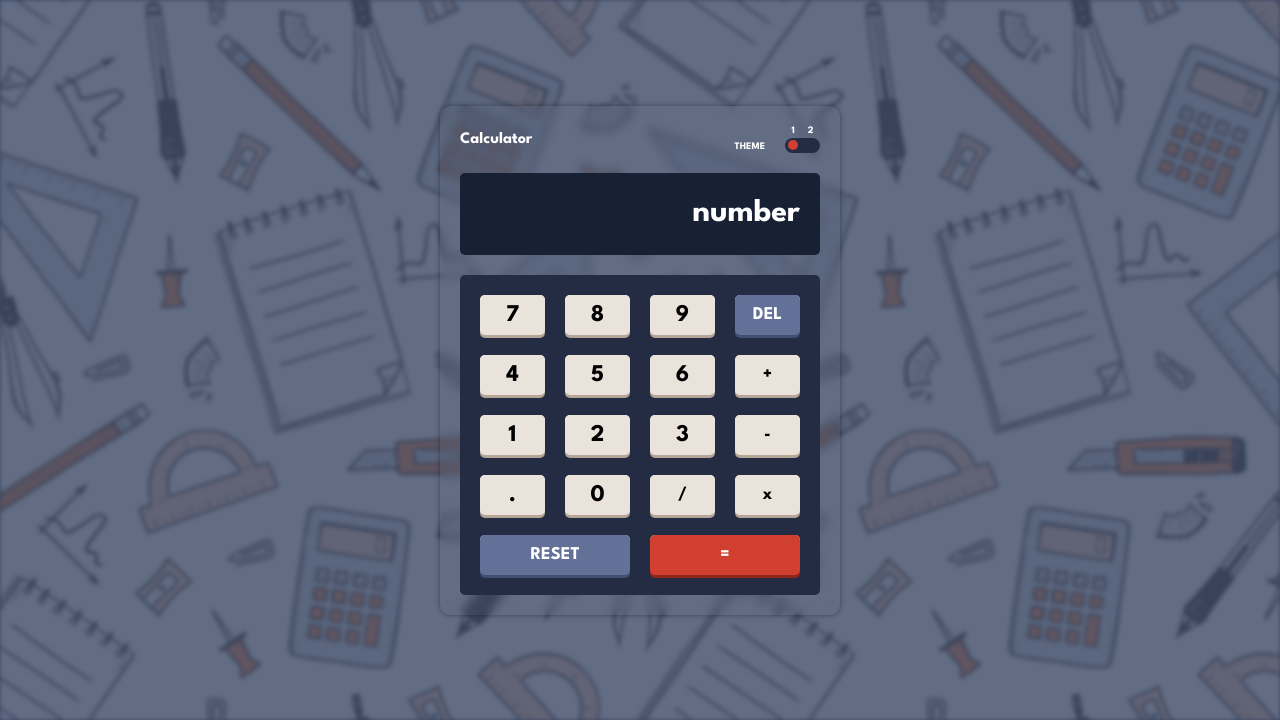
Repository: Ebtehal18/calculator
Page: index.html
An editor plug-in stored every save of this project. The page is shown before and after the next save, followed by the edit.
The browser window is 1280 px wide. The pictures show the whole page.
After loading, the first visible `button.calc__key` was clicked once.

Above is the page before, as saved 2024-02-05 17:42:36.

### index.html
<!DOCTYPE html>
<html lang="en">
  <head>
    <meta charset="UTF-8" />
    <meta
      name="viewport"
      content="width=device-width, user-scalable=no, initial-scale=1.0, maximum-scale=1.0, minimum-scale=1.0"
    />
    <meta http-equiv="X-UA-Compatible" content="ie=edge" />
    <link rel="preconnect" href="https://fonts.googleapis.com" />
    <link rel="preconnect" href="https://fonts.gstatic.com" crossorigin />
    <link
      href="https://fonts.googleapis.com/css2?family=League+Spartan:wght@700&display=swap"
      rel="stylesheet"
    />
    <link rel="stylesheet" href="style.css" type="text/css" />
    <title>Calculator</title>
  </head>
  <body>
    <div class="container">
      <div class="calc">
        <div class="calc__header">
          <span>Calculator</span>
          <div class="themes">
            <div class="themes__label">
              <span>THEME</span>
            </div>
            <div class="themes__toggleContent">
              <div class="themes__numbers">
                <span class="themes__number">1</span>
                <span class="themes__number">2</span>
              </div>
              <span class="themes__toggle" role="button" tabindex="0"></span>
            </div>
          </div>
        </div>

        <div class="calc__result">0</div>

        <div class="calc__numsContent">
          <button class="calc__key" data-type="number" data-value="7">
            <span>7</span>
          </button>
          <button class="calc__key" data-type="number" data-value="8">
            <span>8</span>
          </button>
          <button class="calc__key" data-type="number" data-value="9">
            <span>9</span>
          </button>
          <button
            class="calc__key"
            data-type="operation"
            data-value="Backspace"
          >
            <span>DEL</span>
          </button>
          <button class="calc__key" data-type="number" data-value="4">
            <span>4</span>
          </button>
          <button class="calc__key" data-type="number" data-value="5">
            <span>5</span>
          </button>
          <button class="calc__key" data-type="number" data-value="6">
            <span>6</span>
          </button>
          <button class="calc__key" data-type="operation" data-value="+">
            <span>+</span>
          </button>
          <button class="calc__key" data-type="number" data-value="1">
            <span>1</span>
          </button>
          <button class="calc__key" data-type="number" data-value="2">
            <span>2</span>
          </button>
          <button class="calc__key" data-type="number" data-value="3">
            <span>3</span>
          </button>
          <button class="calc__key" data-type="operation" data-value="-">
            <span>-</span>
          </button>
          <button class="calc__key" data-type="number" data-value=".">
            <span>.</span>
          </button>
          <button class="calc__key" data-type="number" data-value="0">
            <span>0</span>
          </button>
          <button class="calc__key" data-type="operation" data-value="/">
            <span>/</span>
          </button>
          <button class="calc__key" data-type="operation" data-value="*">
            <span>x</span>
          </button>
          <button
            class="calc__key calc__key--wide"
            data-type="operation"
            data-value="c"
          >
            <span>RESET</span>
          </button>
          <button
            class="calc__key calc__key--wide"
            data-type="operation"
            data-value="Enter"
          >
            <span>=</span>
          </button>
        </div>
      </div>
    </div>

    <script src="script.js"></script>
  </body>
</html>

### style.css
:root {
  --color-main-background: #3a4764;
  --color-keypad-background: #232c43;
  --color-screen-background: #182034;
  --color-key-blue-background: #637097;
  --color-key-blue-shadow: #404e72;
  --color-key-blue-hover: #a2b3e1;
  --color-key-red-background: #d03f2f;
  --color-key-red-shadow: #93261a;
  --color-key-red-hover: #f86c5c;
  --color-key-gray-background: #eae3dc;
  --color-key-gray-shadow: hsl(28, 16%, 65%);
  --color-dark-blue-text: #444b5a;
  --color-white-text: #ffffff;
  --border-radius: 10px;
  --timing-animation: .3s;
}

* {
  box-sizing: border-box;
  margin: 0;
}

html {
  font-size: 62.5%;
}

.container {
  font-size: 1.6rem;
  font-family: "League Spartan", sans-serif;
  display: flex;
  min-height: 100vh;
  align-items: center;
  justify-content: center;
  background: var(--color-main-background);
  color: var(--color-white-text);
  transition: background-color var(--timing-animation);
}
.container:before {
  content: "";
  position: absolute;
  width: 100%;
  height: 100%;
  z-index: 0;
  opacity: 0.2;
  background: url("./pattern.jpeg");
  background-size: contain;
  filter: blur(2px);
}
.container:has(.themes__toggle--isActive) {
  --color-main-background: #e6e6e6;
  --color-keypad-background: #d1cccc;
  --color-screen-background: #ededed;
  --color-key-blue-background: #377f86;
  --color-key-blue-shadow: #1b5f65;
  --color-key-blue-hover: #62b5bc;
  --color-key-red-background: #ca5502;
  --color-key-red-shadow: #893901;
  --color-key-red-hover: #ff8a38;
  --color-key-gray-background: #e5e4e1;
  --color-key-gray-shadow: #b4a597;
  --color-dark-blue-text: #35352c;
  --color-white-text: #ffffff;
  --color-top-section-text: var(--color-dark-blue-text);
}

.calc {
  width: 100%;
  max-width: 40rem;
  margin: 0 1rem;
  padding: 2rem;
  border-radius: var(--border-radius);
  z-index: 1;
  box-shadow: 0 0 0.5rem rgba(0, 0, 0, 0.4);
  backdrop-filter: blur(5px);
}
.calc__header {
  display: flex;
  justify-content: space-between;
  align-items: center;
  color: var(--color-top-section-text);
}
.calc__result {
  margin: 2rem 0;
  padding: 2.5rem 2rem;
  font-size: 3.2rem;
  text-align: right;
  line-height: 1;
  border-radius: calc(var(--border-radius) / 2);
  background-color: var(--color-screen-background);
  color: var(--color-top-section-text);
  transition: background-color var(--timing-animation);
}
.calc__numsContent {
  display: grid;
  grid-template-columns: repeat(4, 1fr);
  padding: 2rem;
  gap: 2rem;
  background-color: var(--color-keypad-background);
  font-size: 1.8rem;
  color: var(--color-dark-blue-text);
  border-radius: calc(var(--border-radius) / 2);
  transition: background-color var(--timing-animation);
}
.calc__key {
  position: relative;
  flex-basis: 25%;
  border-radius: calc(var(--border-radius) / 2);
  display: flex;
  align-items: center;
  justify-content: center;
  height: 4rem;
  isolation: isolate;
  border: none;
  font-family: inherit;
  font-size: inherit;
}
.calc__key:hover:after, .calc__key.hover:after {
  background-color: var(--color-white-text);
}
.calc__key:active {
  transform: scale(0.95);
}
.calc__key:active:before {
  bottom: -0.2rem;
}
.calc__key span {
  z-index: 1;
  user-select: none;
}
.calc__key:before {
  content: "";
  position: absolute;
  height: 100%;
  width: 100%;
  bottom: -0.3rem;
  border-radius: calc(var(--border-radius) / 2);
  background-color: var(--color-key-gray-shadow);
}
.calc__key:after {
  content: "";
  position: absolute;
  height: 100%;
  width: 100%;
  border-radius: calc(var(--border-radius) / 2);
  background-color: var(--color-key-gray-background);
  transition: all 0.3s;
}
.calc__key--wide {
  grid-column: span 2;
}
.calc [data-type=number] {
  font-size: 2.4rem;
}
.calc [data-value=Backspace]:hover:after, .calc [data-value=Backspace].hover:after, .calc [data-value=c]:hover:after, .calc [data-value=c].hover:after {
  background-color: var(--color-key-blue-hover);
}
.calc [data-value=Backspace]:after, .calc [data-value=c]:after {
  background-color: var(--color-key-blue-background);
}
.calc [data-value=Backspace]:before, .calc [data-value=c]:before {
  background-color: var(--color-key-blue-shadow);
}
.calc [data-value=Backspace] span, .calc [data-value=c] span {
  color: var(--color-white-text);
}
.calc [data-value=Enter]:hover:after, .calc [data-value=Enter].hover:after {
  background-color: var(--color-key-red-hover);
}
.calc [data-value=Enter]:after {
  background-color: var(--color-key-red-background);
}
.calc [data-value=Enter]:before {
  background-color: var(--color-key-red-shadow);
}
.calc [data-value=Enter] span {
  color: var(--color-white-text);
}

.themes {
  --toggle-width: 3.5rem;
  --circle-width: 1rem;
  --toggle-padding: .3rem;
  display: flex;
  gap: 2rem;
  font-size: 1rem;
  align-items: flex-end;
}
.themes__label {
  line-height: 1.2;
}
.themes__toggleContent {
  display: flex;
  flex-direction: column;
  width: var(--toggle-width);
}
.themes__numbers {
  display: flex;
  justify-content: space-around;
  margin-bottom: 0.3rem;
}
.themes__number {
  cursor: pointer;
}
.themes__toggle {
  content: "";
  position: relative;
  display: flex;
  align-items: center;
  padding: 0 var(--toogle-padding);
  width: 100%;
  height: 1.5rem;
  border-radius: var(--border-radius);
  background: var(--color-keypad-background);
  cursor: pointer;
}
.themes__toggle:hover:before {
  background-color: var(--color-key-red-hover);
}
.themes__toggle:before {
  content: "";
  position: absolute;
  left: var(--toggle-padding);
  width: var(--circle-width);
  height: 1rem;
  border-radius: 50%;
  background-color: var(--color-key-red-background);
  transition: all 0.3s;
}
.themes__toggle--isActive:before {
  left: calc(var(--toggle-width) - var(--circle-width) - var(--toggle-padding));
}

/*# sourceMappingURL=style.css.map */

### script.js
const toggle = document.querySelector(".themes__toggle");
const theme = () => {
  toggle.classList.toggle("themes__toggle--isActive");
};
const toggleEnter = (e) => {
  e.key === "Enter" && theme();
};
toggle.addEventListener("click", theme);
toggle.addEventListener("keydown", toggleEnter);

// logic
let storedNumber = "";
let currentNumber = "";
let operation = "";
const numbers = document.querySelectorAll(".calc__key");
const result = document.querySelector(".calc__result");
numbers.forEach((item) => {
  item.addEventListener("click", () => {
    result.textContent = item.dataset.type;
  });
});

After the next save:
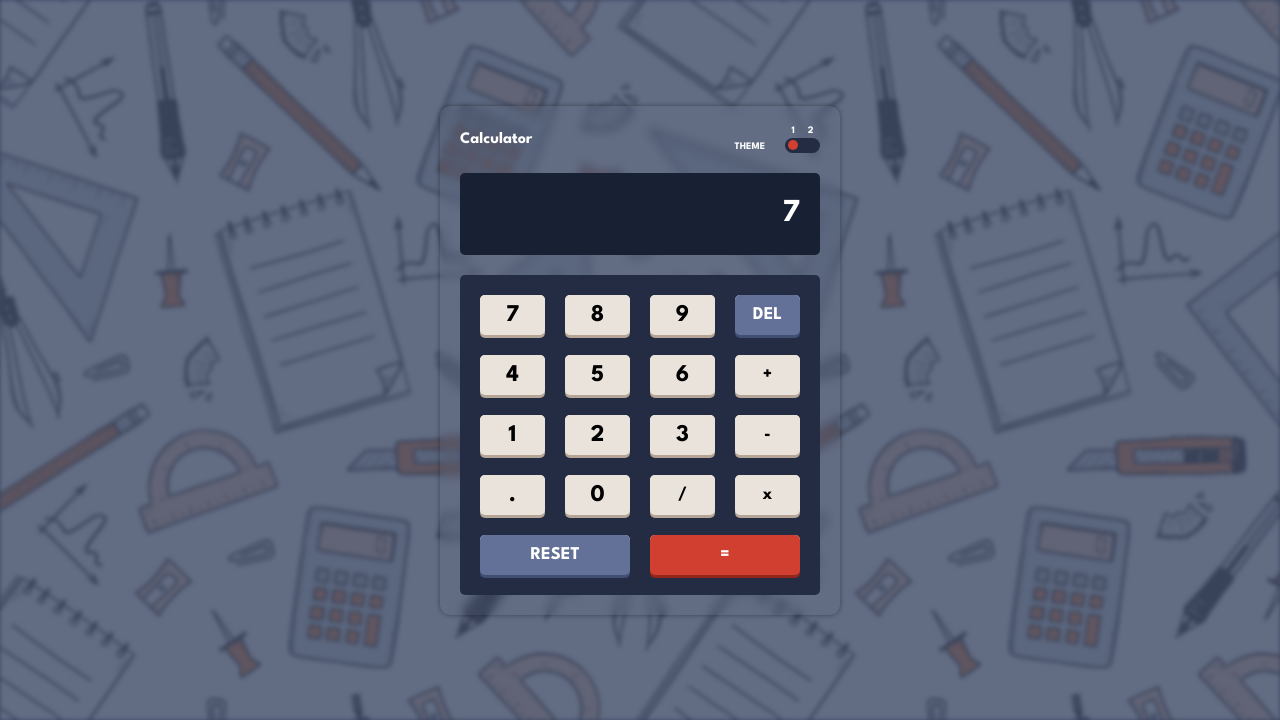
Saved 15 s later.
--- a/script.js
+++ b/script.js
@@ -16,6 +16,6 @@ const numbers = document.querySelectorAll(".calc__key");
 const result = document.querySelector(".calc__result");
 numbers.forEach((item) => {
   item.addEventListener("click", () => {
-    result.textContent = item.dataset.type;
+    result.textContent = item.dataset.value;
   });
 });
